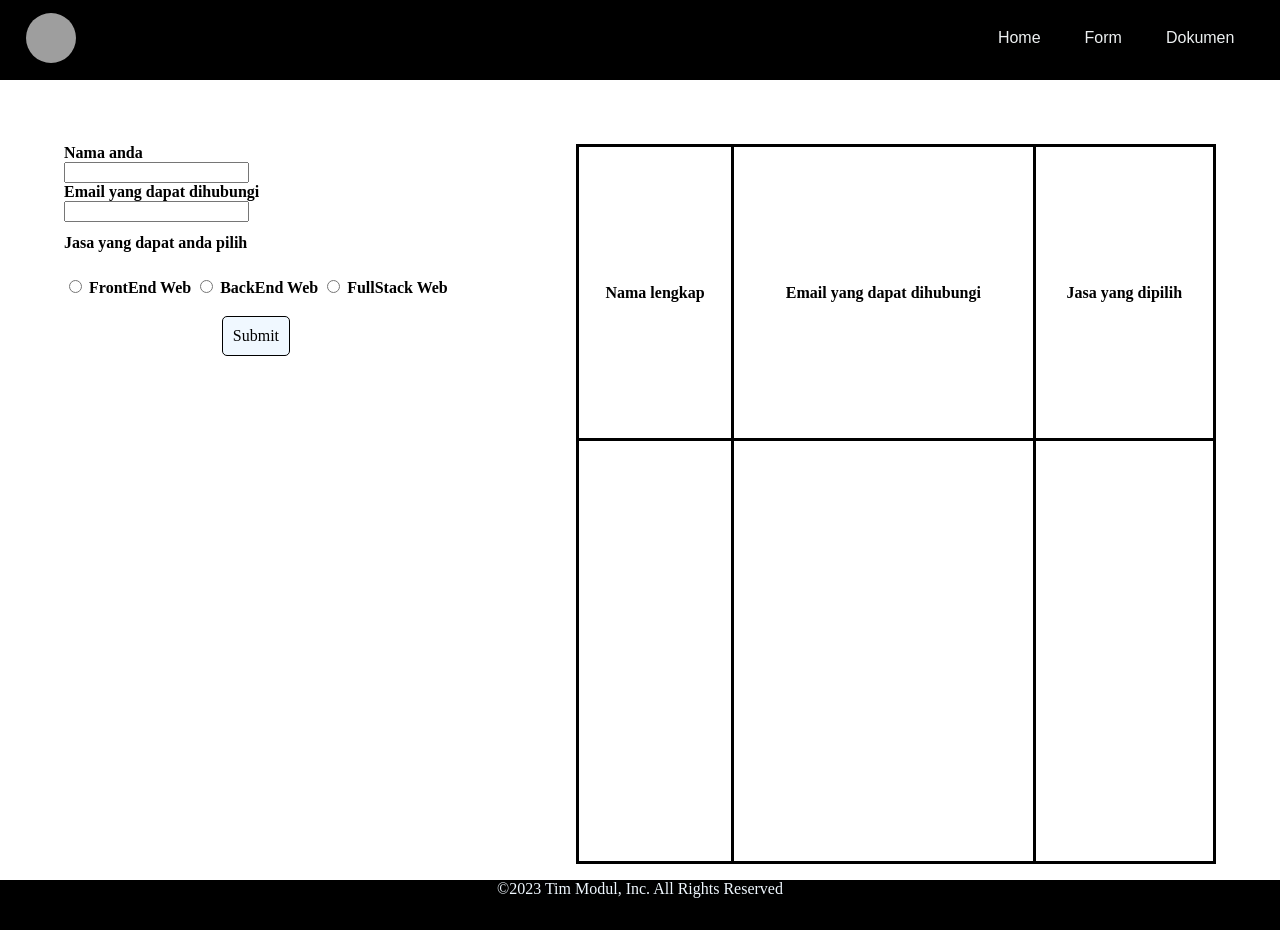
Repository: zecht12/TimModul
Page: TimModul.html
An editor plug-in stored every save of this project. The page is shown before and after a run of saves, followed by the edit.
The browser window is 1280 px wide. The pictures show the whole page.
Pictures or frames that could not be fetched are drawn as grey boxes.

Above is the page before, as saved 2023-03-14 13:52:53.

### TimModul.html
<!DOCTYPE html>
<html lang="en">
<head>
    <meta charset="UTF-8">
    <meta http-equiv="X-UA-Compatible" content="IE=edge">
    <meta name="viewport" content="width=device-width, initial-scale=1.0">
    <link rel="stylesheet" href="style.css">
    <title>Jasa Coding</title>
</head>
<body>
    <div style="height: 80px; width: 100%; background-color: black;">
        <header>
            <img src="./assets/wallpaper.jpg" alt="Image" style="height: 50px; width: 50px; border-radius: 100%;" >
            <ul class="nav_links">
                <li><a href="#">Home</a></li>
                <li><a href="#">Form</a></li>
                <li><a href="#">Dokumen</a></li>
            </ul>
        </headers>
    </div>
    <div class="forms">
        <form>
            <label for="Nama" class="Labelnama">Nama anda</label><br>
            <input type="text" id="Nama" name="Nama" class="Nama"><br>

            <label for="Email" class="Labelemail">Email yang dapat dihubungi</label><br>
            <input type="text" id="Email" name="Email" class="Email"><br>

            <p for="Pilihan" class="Pilihan">Jasa yang dapat anda pilih</p><br>
            <div style="padding-top: 2%; padding-bottom: 5%;">
                <input type="radio" id="FrontEnd" name="fav_language" value="FrontEnd">
                <label for="FrontEnd">FrontEnd Web</label>

                <input type="radio" id="BackEnd" name="fav_language" value="BackEnd">
                <label for="BackEnd">BackEnd Web</label>

                <input type="radio" id="FullStack" name="fav_language" value="FullStack">
                <label for="FullStack">FullStack Web</label><br>
            </div>

            <div style="display: flex; justify-content: center; align-items: center;">
                <input type="submit" value="Submit" class="Button">
            </div>
        </form>
        <table style="width: 50%; height: auto; border-collapse: collapse;">
            <tr>
                <th>Nama lengkap</th>
                <th>Email yang dapat dihubungi</th>
                <th>Jasa yang dipilih</th>
            </tr>
            <tr>
                <td></td>
                <td></td>
                <td></td>
            </tr>
        </table>
    </div>
    <div style="height: 50px; width: 100%; background-color: black; justify-content: center; align-items: center;">
        <p style="color: aliceblue; text-align: center;">&copy;2023 Tim Modul, Inc. All Rights Reserved</p>
    </div>
</body>
</html>

### style.css
body{
    height: auto;
    width: 100%;
    margin: auto;
    padding: auto;
}
header{
    display: flex;
    align-items: center;
    justify-content: space-between;
    padding-left: 2%;
    padding-right: 2%;
    padding-top: 1%;
}
li, a, button{
    font-family: "Montserrat", sans-serif;
    font-size: 16px;
    color: #edf0f1;
    text-decoration: none;
}
.nav_links{
    list-style: none;
}
.nav_links li{
    display: inline-block;
    padding: 0px 20px;
}
.nav_links li a:hover{
    color: #0088a9;
}
.forms{
    height: 100vh;
    width: 100%;
    display: flex;
    justify-content: space-around;
    padding-top: 5%;
}
th{
    height: 30px;
    text-align: center;
    color: black;
    font: bold;
    border-style:solid;
    border-color: black;
    padding: 1%;
}
td{padding: 1%;
    height: 50px;
    text-align: center;
    color: black;
    border-style:solid;
    border-color: black;
}
label {
    color: black;
    font-weight: bold;
    width: 130px;
}
.Button {
    padding: 10px;
    border: 1px solid black;
    background-color:aliceblue;
    border-radius: 5px;
    font: inherit;
    cursor: pointer;
}
.Button:hover{
    border: 1px solid #0088a9;
    background-color:#0088a9;
    cursor: pointer;
}
.Pilihan{
    margin: auto;
    padding-top: 3%;
    font-weight: bold;
    color: black;
}

After the next 3 saves:
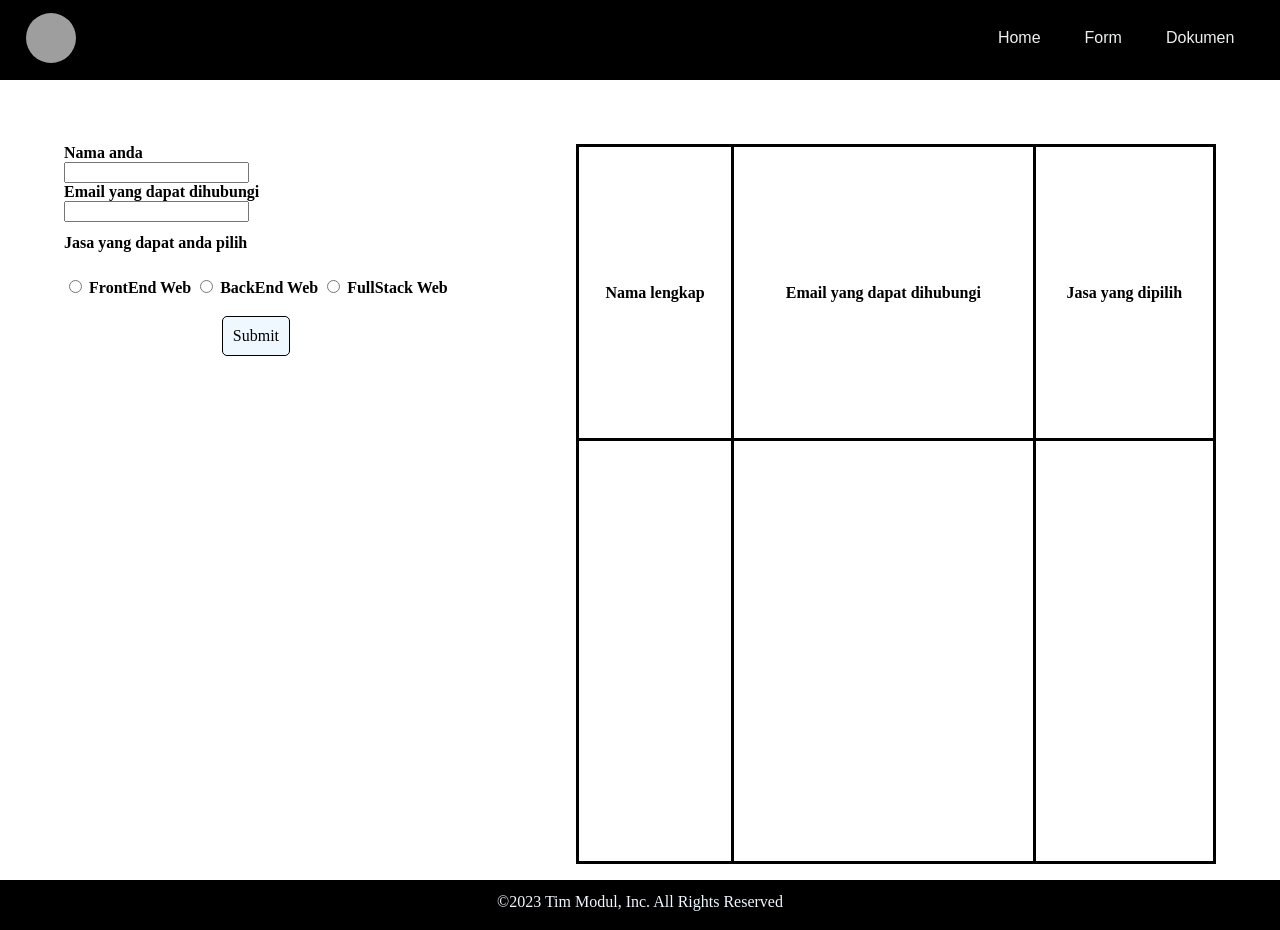
The 3 saves are shown as one change because they came seconds apart.
The last was saved 12 s later.
--- a/TimModul.html
+++ b/TimModul.html
@@ -56,7 +56,7 @@
         </table>
     </div>
     <div style="height: 50px; width: 100%; background-color: black; justify-content: center; align-items: center;">
-        <p style="color: aliceblue; text-align: center;">&copy;2023 Tim Modul, Inc. All Rights Reserved</p>
+        <p style="color: aliceblue; text-align: center; padding-top: 1%;">&copy;2023 Tim Modul, Inc. All Rights Reserved</p>
     </div>
 </body>
 </html>
